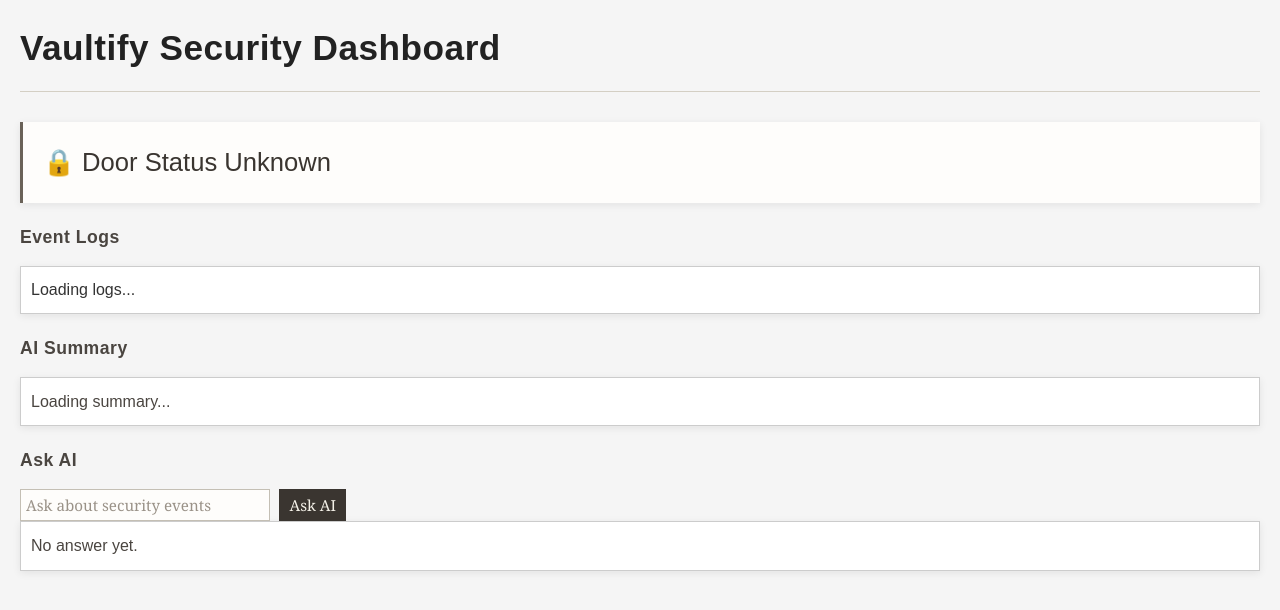
Repository: SH-Nihil-Mukkesh-25/Vaultify
Page: public/index.html
These files come from the project's save history. The page is drawn as it stood at one moment and after the next save; the edit follows.
The browser window is 1280 px wide. The pictures show the whole page.
The page's requests for data from a server got no answer.

Above is the page before, as saved 2025-10-03 12:51:54.
Console error: SyntaxError: missing ) after argument list

### public/index.html
<!DOCTYPE html>
<html lang="en">
<head>
  <meta charset="UTF-8">
  <title>Vaultify Security Dashboard</title>
  <link rel="stylesheet" href="vaultify-styles.css">
  <style>
    body {
      font-family: Arial, sans-serif;
      padding: 20px;
      background: #f5f5f5;
      color: #333;
    }
    h1 { color: #222; }
    h2, h3 { margin-top: 20px; }
    #logs { max-height: 300px; overflow-y: auto; background: #fff; border: 1px solid #ccc; padding: 10px; }
    .log { padding: 5px; border-bottom: 1px solid #eee; }
    .motion_alert { color: red; font-weight: bold; }
    .door_unlocked { color: green; font-weight: bold; }
    .door_autolock { color: orange; font-weight: bold; }
    .rfid_invalid { color: darkred; font-weight: bold; }
    #ai-summary, #ai-answer { background: #fff; padding: 10px; border: 1px solid #ccc; min-height: 40px; }
    input { padding: 5px; width: 250px; }
    button { padding: 6px 10px; margin-left: 5px; cursor: pointer; }
  </style>
</head>
<body>
  <h1>Vaultify Security Dashboard</h1>
  <h2 id="door-status">🔒 Door Status Unknown</h2>

  <h3>Event Logs</h3>
  <div id="logs">Loading logs...</div>

  <h3>AI Summary</h3>
  <div id="ai-summary">Loading summary...</div>

  <h3>Ask AI</h3>
  <input type="text" id="ai-question" placeholder="Ask about security events"/>
  <button onclick="askAI()">Ask AI</button>
  <div id="ai-answer">No answer yet.</div>

  <script>
    const BACKEND_URL = "https://vaultify-6rbk.onrender.com";
    const logsDiv = document.getElementById("logs");
    const summaryDiv = document.getElementById("ai-summary");
    const doorStatusDiv = document.getElementById("door-status");
    const aiAnswerDiv = document.getElementById("ai-answer");

    async function fetchLogs() {
      try {
        const res = await fetch(${BACKEND_URL}/api/logs);
        const data = await res.json();
        if (!data.logs || data.logs.length === 0) {
          logsDiv.innerHTML = "No logs available yet.";
          doorStatusDiv.innerText = "🔒 Door Status Unknown";
          return;
        }

        // Display logs
        logsDiv.innerHTML = data.logs.slice().reverse().map(log => {
          let cls = log.event.replace(/\s+/g, "_");
          return <div class="log ${cls}"><strong>${log.event}</strong>: ${log.detail}</div>;
        }).join("");

        // Update door status
        const lastDoorEvent = data.logs.slice().reverse().find(e => e.event.includes("door"));
        doorStatusDiv.innerText = lastDoorEvent ? 🔑 ${lastDoorEvent.detail} : "🔒 Door Status Unknown";

      } catch (err) {
        console.error(err);
        logsDiv.innerHTML = "Error fetching logs.";
      }
    }

    async function fetchSummary() {
      try {
        const res = await fetch(${BACKEND_URL}/api/summary);
        const data = await res.json();
        summaryDiv.innerText = data.summary || "No summary available yet.";
      } catch (err) {
        console.error(err);
        summaryDiv.innerText = "Error fetching summary.";
      }
    }

    async function askAI() {
      const question = document.getElementById("ai-question").value;
      if (!question) return;
      try {
        const res = await fetch(${BACKEND_URL}/api/ask?question=${encodeURIComponent(question)});
        const data = await res.json();
        aiAnswerDiv.innerText = data.answer || "No answer yet.";
      } catch (err) {
        console.error(err);
        aiAnswerDiv.innerText = "Error getting AI response.";
      }
    }

    // Auto-refresh logs every 5s, summary every 10s
    setInterval(fetchLogs, 5000);
    setInterval(fetchSummary, 10000);

    // Initial fetch
    fetchLogs();
    fetchSummary();
  </script>
</body>
</html>

### public/vaultify-styles.css
* {
  margin: 0;
  padding: 0;
  box-sizing: border-box;
}

body {
  font-family: 'Georgia', 'Times New Roman', serif;
  padding: 40px 20px;
  background: #f4f1e8;
  color: #2a2520;
  min-height: 100vh;
  line-height: 1.6;
}

h1 {
  color: #1a1410;
  font-size: 2.2em;
  margin-bottom: 30px;
  font-weight: 600;
  letter-spacing: 0.5px;
  border-bottom: 1px solid #d4cfc4;
  padding-bottom: 15px;
}

h2 {
  margin-top: 30px;
  margin-bottom: 20px;
  color: #3a3530;
  font-size: 1.6em;
  font-weight: 500;
}

h3 {
  margin-top: 30px;
  margin-bottom: 15px;
  color: #4a4540;
  font-size: 1.1em;
  font-weight: 600;
  letter-spacing: 0.5px;
}

#logs {
  max-height: 350px;
  overflow-y: auto;
  background: #fefdfb;
  border: 1px solid #d4cfc4;
  padding: 20px;
  box-shadow: 0 2px 8px rgba(0, 0, 0, 0.08);
}

#logs::-webkit-scrollbar {
  width: 6px;
}

#logs::-webkit-scrollbar-track {
  background: #f4f1e8;
}

#logs::-webkit-scrollbar-thumb {
  background: #9a9288;
  border-radius: 3px;
}

#logs::-webkit-scrollbar-thumb:hover {
  background: #7a7268;
}

.log {
  padding: 12px 0;
  border-bottom: 1px solid #ebe8df;
  font-size: 0.95em;
  color: #4a4540;
}

.log:hover {
  background: #faf8f3;
}

.log:last-child {
  border-bottom: none;
}

.log strong {
  font-weight: 600;
  color: #2a2520;
}

.motion_alert {
  color: #8b3a3a;
  font-weight: 600;
}

.door_unlocked {
  color: #2d5f4f;
  font-weight: 600;
}

.door_autolock {
  color: #8b6914;
  font-weight: 600;
}

.rfid_invalid {
  color: #943838;
  font-weight: 600;
}

#ai-summary,
#ai-answer {
  background: #fefdfb;
  padding: 20px;
  border: 1px solid #d4cfc4;
  min-height: 60px;
  line-height: 1.7;
  box-shadow: 0 2px 8px rgba(0, 0, 0, 0.08);
  color: #4a4540;
}

input {
  padding: 12px 16px;
  width: 300px;
  background: #fefdfb;
  border: 1px solid #c4bfb4;
  color: #2a2520;
  font-family: 'Georgia', 'Times New Roman', serif;
  font-size: 0.95em;
  transition: all 0.2s;
}

input:focus {
  outline: none;
  border-color: #8a8278;
  box-shadow: 0 0 0 3px rgba(138, 130, 120, 0.1);
}

input::placeholder {
  color: #9a9288;
}

button {
  padding: 12px 24px;
  margin-left: 10px;
  cursor: pointer;
  background: #3a3530;
  color: #f4f1e8;
  border: none;
  font-family: 'Georgia', 'Times New Roman', serif;
  font-weight: 500;
  font-size: 0.95em;
  transition: all 0.2s;
}

button:hover {
  background: #2a2520;
}

button:active {
  transform: translateY(1px);
}

#door-status {
  background: #fefdfb;
  padding: 20px;
  border-left: 3px solid #6a6258;
  box-shadow: 0 2px 8px rgba(0, 0, 0, 0.08);
}

@media (max-width: 768px) {
  body {
    padding: 20px 10px;
  }

  h1 {
    font-size: 1.8em;
  }

  input {
    width: 100%;
    margin-bottom: 10px;
  }

  button {
    margin-left: 0;
    width: 100%;
  }
}

After the next save:
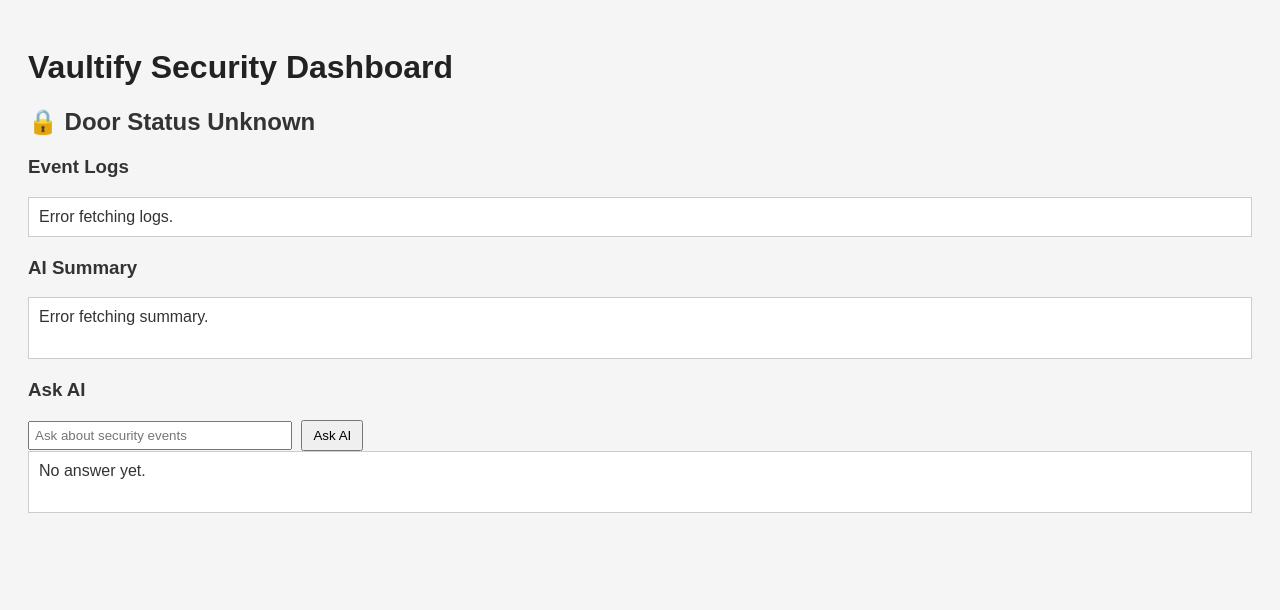
The error is gone.
Saved 76 s later.
--- a/public/index.html
+++ b/public/index.html
@@ -3,7 +3,6 @@
 <head>
   <meta charset="UTF-8">
   <title>Vaultify Security Dashboard</title>
-  <link rel="stylesheet" href="vaultify-styles.css">
   <style>
     body {
       font-family: Arial, sans-serif;
@@ -48,23 +47,26 @@
 
     async function fetchLogs() {
       try {
-        const res = await fetch(${BACKEND_URL}/api/logs);
+        const res = await fetch(`${BACKEND_URL}/logs`);
         const data = await res.json();
-        if (!data.logs || data.logs.length === 0) {
+
+        if (!data || data.length === 0) {
           logsDiv.innerHTML = "No logs available yet.";
           doorStatusDiv.innerText = "🔒 Door Status Unknown";
           return;
         }
 
         // Display logs
-        logsDiv.innerHTML = data.logs.slice().reverse().map(log => {
-          let cls = log.event.replace(/\s+/g, "_");
-          return <div class="log ${cls}"><strong>${log.event}</strong>: ${log.detail}</div>;
+        logsDiv.innerHTML = data.slice().reverse().map(log => {
+          let cls = log.event_type ? log.event_type.replace(/\s+/g, "_") : "default";
+          return `<div class="log ${cls}"><strong>${log.event_type || 'EVENT'}</strong>: ${log.message || log.detail || 'No details'}</div>`;
         }).join("");
 
         // Update door status
-        const lastDoorEvent = data.logs.slice().reverse().find(e => e.event.includes("door"));
-        doorStatusDiv.innerText = lastDoorEvent ? 🔑 ${lastDoorEvent.detail} : "🔒 Door Status Unknown";
+        const lastDoorEvent = data.slice().reverse().find(e =>
+          e.event_type && e.event_type.includes("door")
+        );
+        doorStatusDiv.innerText = lastDoorEvent ? `🔑 ${lastDoorEvent.message}` : "🔒 Door Status Unknown";
 
       } catch (err) {
         console.error(err);
@@ -74,7 +76,7 @@
 
     async function fetchSummary() {
       try {
-        const res = await fetch(${BACKEND_URL}/api/summary);
+        const res = await fetch(`${BACKEND_URL}/summary`);
         const data = await res.json();
         summaryDiv.innerText = data.summary || "No summary available yet.";
       } catch (err) {
@@ -87,7 +89,11 @@
       const question = document.getElementById("ai-question").value;
       if (!question) return;
       try {
-        const res = await fetch(${BACKEND_URL}/api/ask?question=${encodeURIComponent(question)});
+        const res = await fetch(`${BACKEND_URL}/ask`, {
+          method: "POST",
+          headers: { "Content-Type": "application/json" },
+          body: JSON.stringify({ question: question })
+        });
         const data = await res.json();
         aiAnswerDiv.innerText = data.answer || "No answer yet.";
       } catch (err) {
